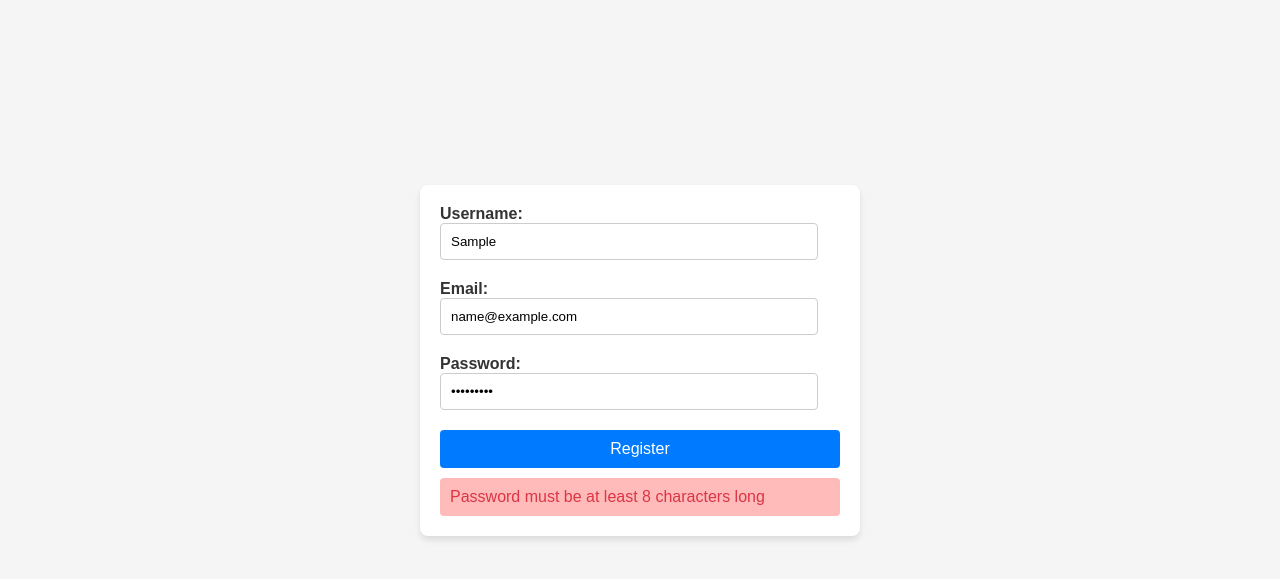
Repository: m-mwihaki/Form-Creation-Validation
Page: index.html
An editor plug-in stored every save of this project. The page is shown before and after a run of saves, followed by the edit.
The browser window is 1280 px wide. The pictures show the whole page.
Empty fields were first filled with sample values (such as "Sample", 5 or name@example.com).
After loading, the first visible `#registration-form` was submitted once.

Above is the page before, as saved 2025-10-19 22:47:57.

After the next 2 saves:
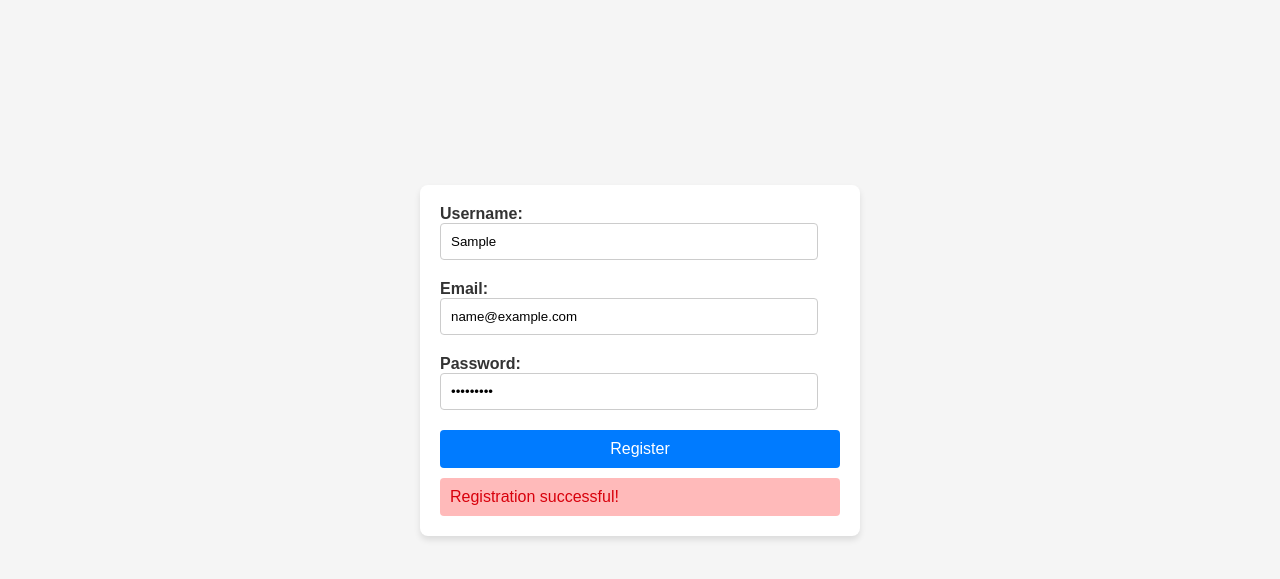
The 2 saves are shown as one change because they came seconds apart.
The last was saved 14 s later.
--- a/script.js
+++ b/script.js
@@ -30,7 +30,7 @@ form.addEventListener('submit' , function(event) {
     }
 
 //password validation
-    if (password.length >= 8) {
+    if (password.length < 8) {
         isValid = false;
         messages.push("Password must be at least 8 characters long")
     }
